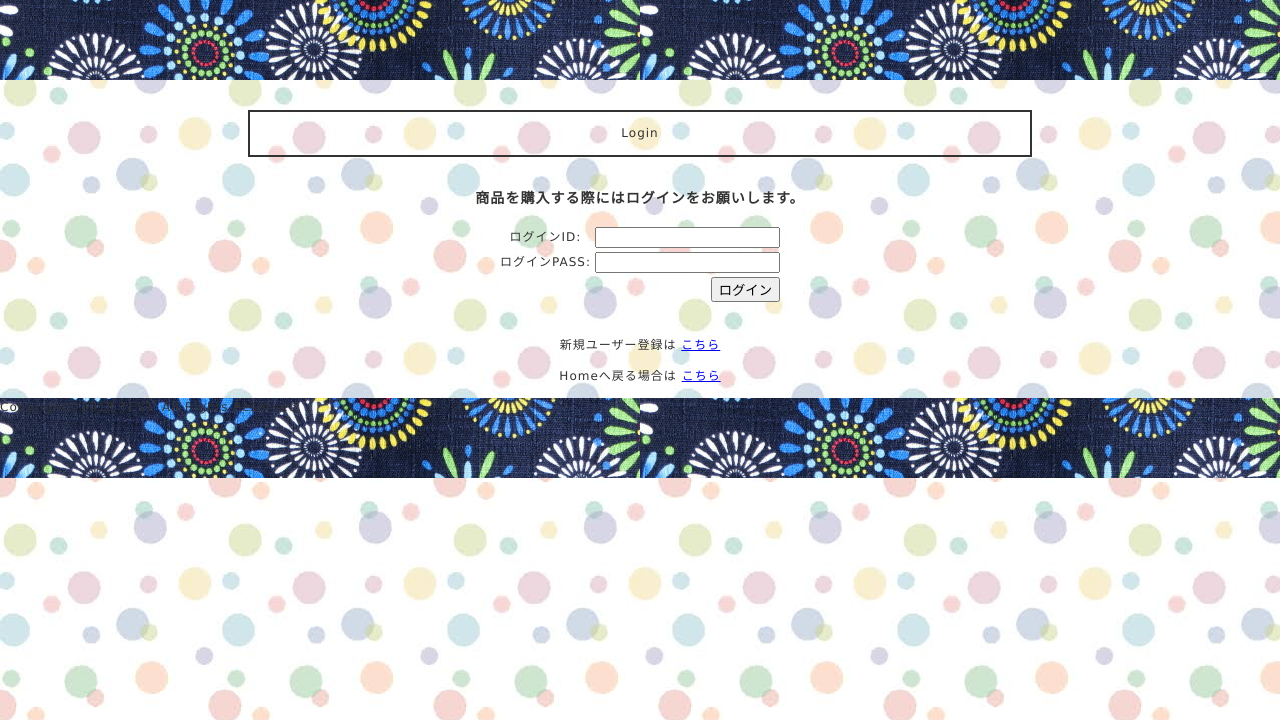
Repository: rt-1217/j2
Page: http://localhost/ecsite01/HomeAction.action
The author's editor kept a copy of each file at every save. The page is drawn from the files as they stood at one save, then again after the next save.
The browser window is 1280 px wide. The pictures show the whole page.
Some web fonts or font styles are not loaded; a fallback is used. The page is served by Tomcat 9.

Above is the page before, as saved 2018-05-30 02:26:44.

After the next save:
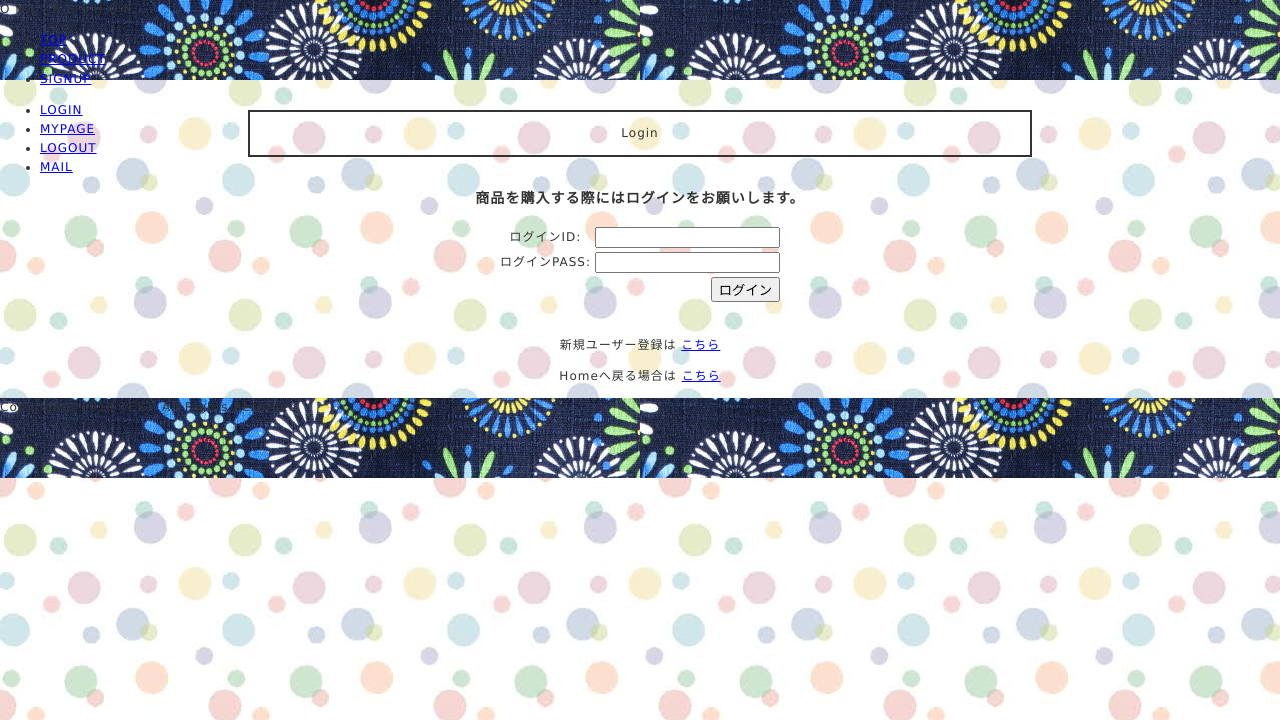
Saved 4 s later.
--- a/ecsite01/WebContent/login.jsp
+++ b/ecsite01/WebContent/login.jsp
@@ -20,9 +20,7 @@
 </head>
 <body>
 
-<div id="header">
-<div id="pr">
-</div></div>
+<s:include value="header.jsp"/>
 <div id="main">
 <div id="top">
 <p>Login</p>
